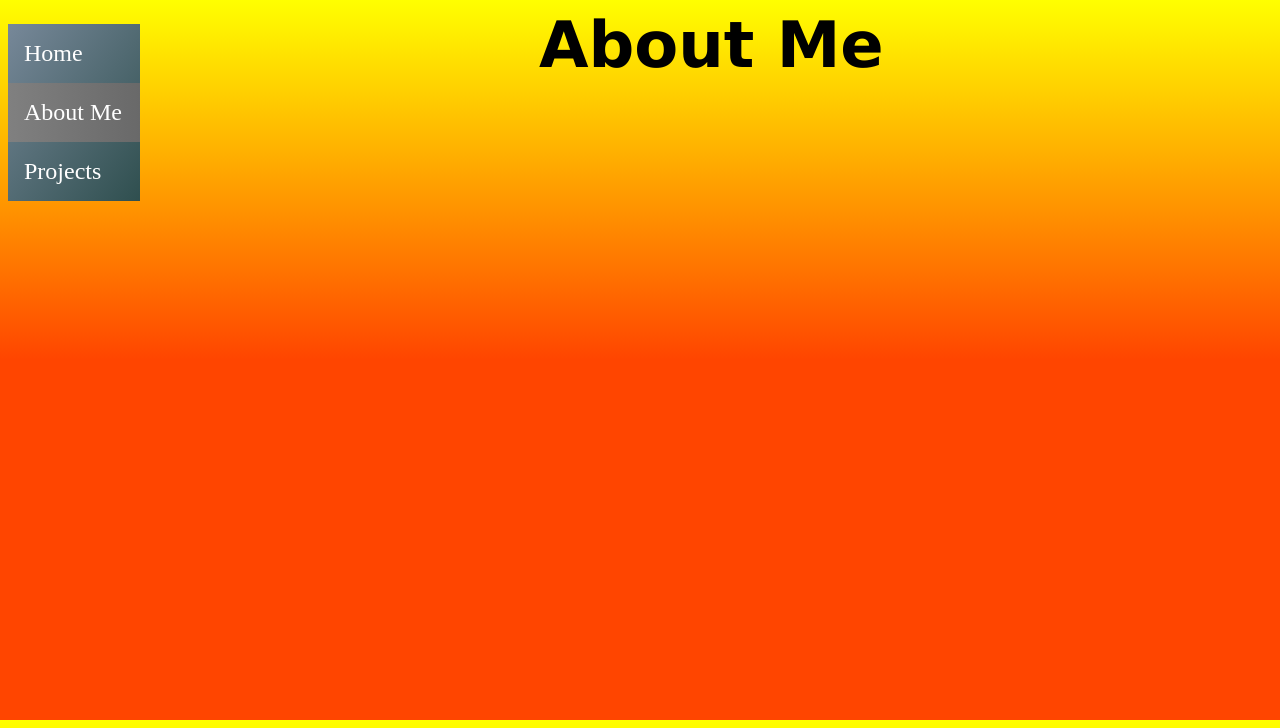
Repository: brody-toth/brody-toth.github.io
Page: about-me.html
The author's editor kept a record of every edit. The page is drawn from the files as they stood at one moment, then again after the next edit.
The browser window is 1280 px wide. The pictures show the whole page.

Above is the page before.

### about-me.html
<!DOCTYPE html>
<html>

  <head>
    <title>About Me</title>
    <link rel="stylesheet" href="style.css" type="text/css">
  </head>

  <body>

    <ul class="navbar">
      <li><a href="home.html">Home</a></li>
      <li class="active"><a href="about-me.html">About Me</a></li>
      <li class = "dropdown">
        <div>Projects</div>
        <ul class="dropdown-content">
          <li><a href="project1.html">Project 1</a></li>
          <li><a href="project2.html">Project 2</a></li>
          <li><a href="project3.html">Project 3</a></li>
        </ul>
      </li>
    </ul>

    <h1 id="header1">About Me</h1>

  </body>

</html>

### style.css
html, body{
    height: 100%;
}

body{
    background-image: linear-gradient(to bottom, yellow, orangered 50%);
}

.navbar{
    list-style: none;
    background-image: linear-gradient(to bottom right, lightslategray, darkslategray);
    width: 132px;
    overflow: hidden;
    float: left;
    padding: 0;
}
.navbar a, .dropdown div{
    text-decoration: none;
    color: white;
    font-size: 24px;
    padding: 16px;
    display: inline-block;
}
.navbar div{
    width: 135px;
}
.navbar li:hover{
    background-color: slategray;
}
.dropdown-content{
    list-style: none;
    padding: 0;
    display: none;
    position: absolute;
    z-index: 2;
    background-image: linear-gradient(to bottom right, lightslategray, darkslategray);
}
.dropdown:hover .dropdown-content{
    display: block;
}
.active{
    background-image: linear-gradient(to right, gray, dimgray)
}

#header{
    text-align: left;
    padding-left: 45%;
    font-family: "Lucida Sans Unicode", "Lucida Grande", sans-serif;
    font-size: 64px;
    margin-top: 0;
}
#header1{
    text-align: left;
    padding-left: 42%;
    font-family: "Lucida Sans Unicode", "Lucida Grande", sans-serif;
    font-size: 64px;
    margin-top: 0;
}
#header2{
    text-align: left;
    padding-left: 43%;
    font-family: "Lucida Sans Unicode", "Lucida Grande", sans-serif;
    font-size: 64px;
    margin-top: 0;
}

After the next edit:
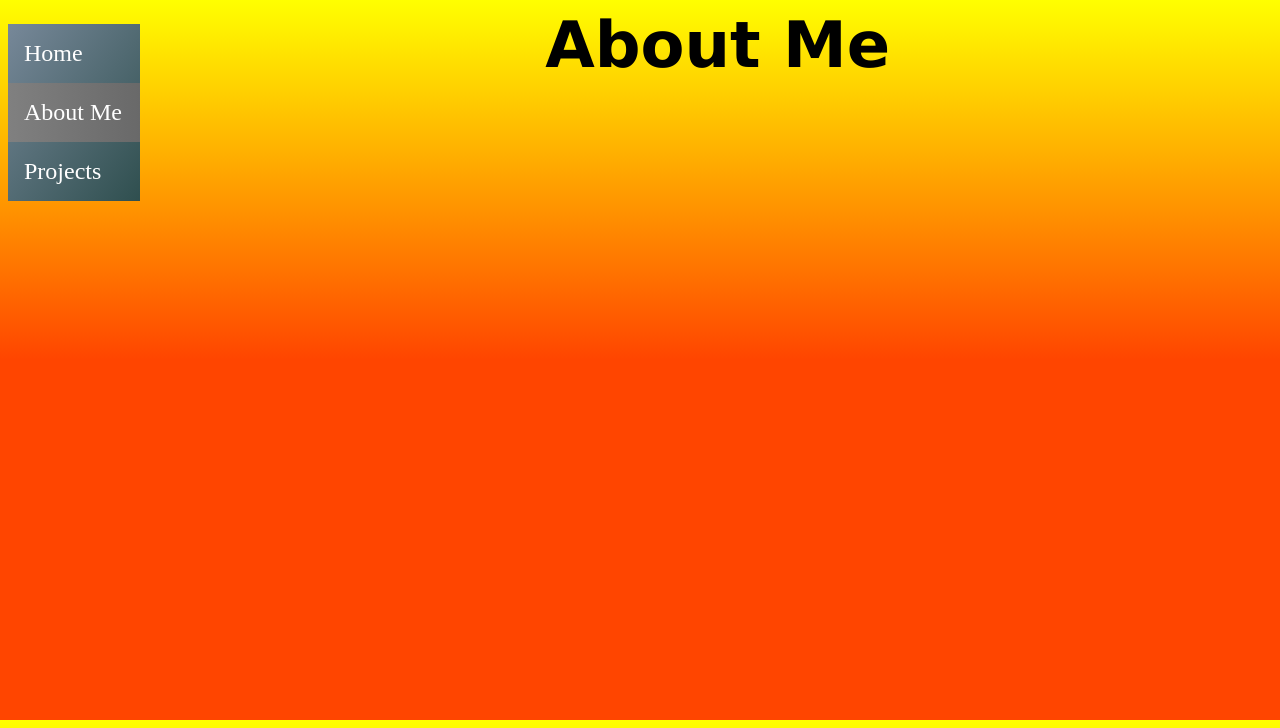
The edit:
--- a/style.css
+++ b/style.css
@@ -51,7 +51,7 @@
 }
 #header1{
     text-align: left;
-    padding-left: 42%;
+    padding-left: 42.5%;
     font-family: "Lucida Sans Unicode", "Lucida Grande", sans-serif;
     font-size: 64px;
     margin-top: 0;
